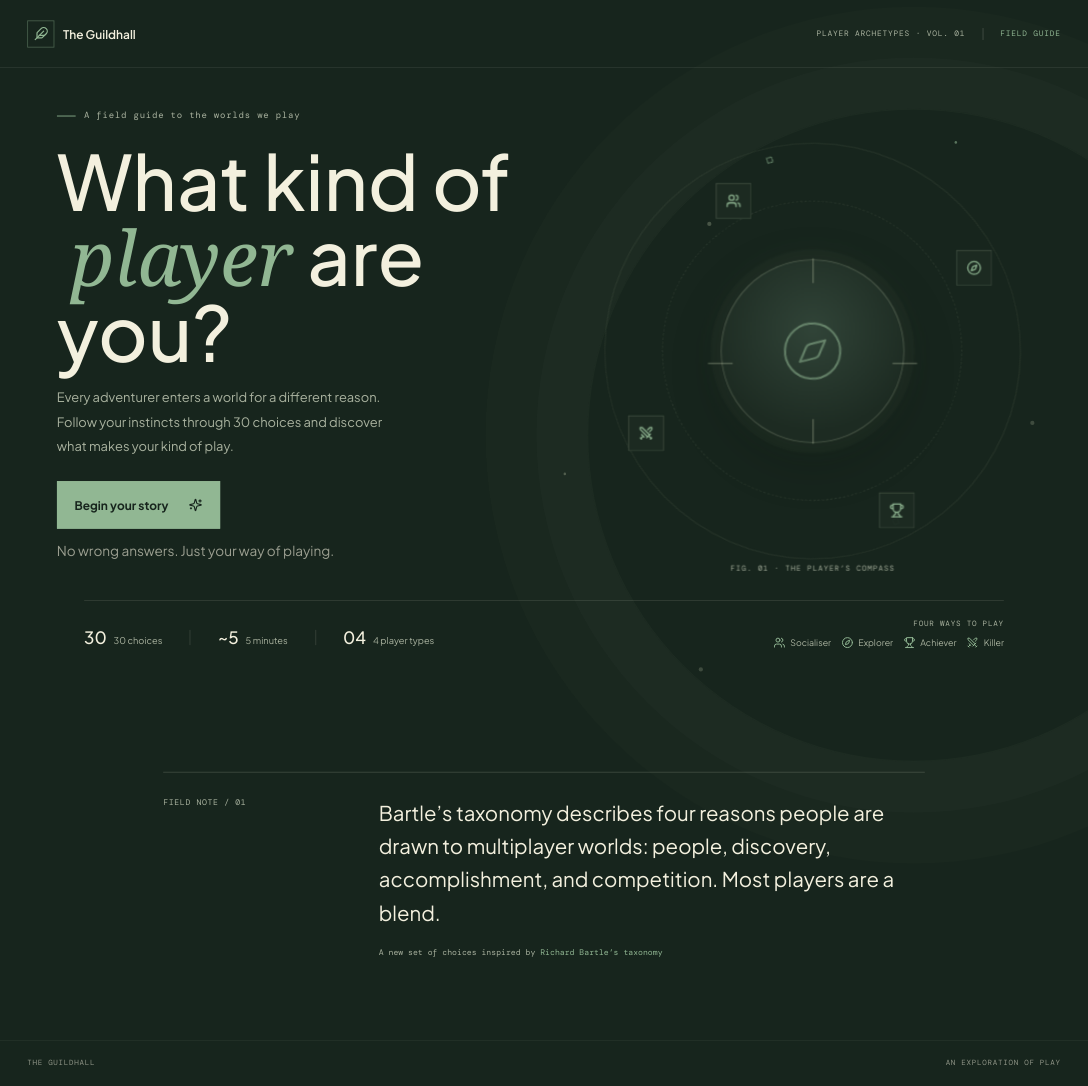
Repository: tiagoturra/bartle
Page: /
The author's editor kept a copy of each file at every save. The page is drawn from the files as they stood at one save, then again after the next save.
The browser window is 1280 px wide. The pictures show the whole page, at 85% of full size.
The project was rebuilt for these pictures with package versions that can differ from the ones it lists, and the page was loaded fresh each time. Also part of the build but not shown: vite.config.ts, src/modules/bartle/components/QuestionCard.module.scss, src/modules/bartle/components/QuestionCard.tsx, src/modules/bartle/components/ResultsPanel.module.scss, src/modules/bartle/components/ResultsPanel.tsx.

Above is the page before, as saved 2026-10-30 22:19:20.

### index.html
<!doctype html>
<html lang="en">
  <head>
    <meta charset="UTF-8" />
    <meta name="viewport" content="width=device-width, initial-scale=1.0" />
    <meta name="theme-color" content="#17251d" />
    <meta
      name="description"
      content="Discover your player type in an atmospheric, story-led Bartle test."
    />
    <link rel="preconnect" href="https://fonts.googleapis.com" />
    <link rel="preconnect" href="https://fonts.gstatic.com" crossorigin />
    <link
      href="https://fonts.googleapis.com/css2?family=DM+Mono:wght@400;500&family=Plus+Jakarta+Sans:wght@400;500;600;700;800&display=swap"
      rel="stylesheet"
    />
    <title>The Guildhall — Bartle Player Type Test</title>
  </head>
  <body>
    <div id="root"></div>
    <script type="module" src="/src/main.tsx"></script>
  </body>
</html>

### src/main.tsx
import './i18n'
import { StrictMode } from 'react'
import { createRoot } from 'react-dom/client'
import { AppRoutes } from './routes'
import './index.css'

const rootElement = document.getElementById('root')

if (!rootElement) {
  throw new Error('The application root element was not found.')
}

createRoot(rootElement).render(
  <StrictMode>
    <AppRoutes />
  </StrictMode>,
)

### src/routes/index.tsx
import { BrowserRouter, Navigate, Route, Routes } from 'react-router-dom'
import { BartlePage } from '../modules/bartle/pages/BartlePage'

export function AppRoutes() {
  return (
    <BrowserRouter>
      <Routes>
        <Route path="/" element={<BartlePage />} />
        <Route path="*" element={<Navigate to="/" replace />} />
      </Routes>
    </BrowserRouter>
  )
}

### src/index.css
@import "tailwindcss";

@theme {
  --color-forest: #17251d;
  --color-panel: #202f25;
  --color-cream: #f3f0de;
  --color-muted: #a9b29f;
  --color-accent: #91b793;
  --font-sans: "Plus Jakarta Sans", sans-serif;
  --font-mono: "DM Mono", monospace;
}

@layer base {
  :root {
    font-synthesis: none;
    text-rendering: optimizeLegibility;
    -webkit-font-smoothing: antialiased;
    -moz-osx-font-smoothing: grayscale;
    font-optical-sizing: auto;
  }

  html {
    min-width: 320px;
    scroll-behavior: smooth;
  }

  body {
    min-width: 320px;
    min-height: 100vh;
    margin: 0;
  }

  button,
  a {
    -webkit-tap-highlight-color: transparent;
  }

  ::selection {
    background: rgb(145 183 147 / 35%);
    color: #f3f0de;
  }
}

@media (prefers-reduced-motion: reduce) {
  *,
  *::before,
  *::after {
    scroll-behavior: auto !important;
    animation-duration: 0.01ms !important;
    animation-iteration-count: 1 !important;
    transition-duration: 0.01ms !important;
  }
}

### src/modules/bartle/pages/BartlePage.tsx
import { Compass, Feather, Sparkles, Swords, Trophy, Users } from 'lucide-react'
import { useEffect, useState } from 'react'
import { useTranslation } from 'react-i18next'
import {
  readSessionStorage,
  removeSessionStorage,
  writeSessionStorage,
} from '../../../core/browser/sessionStorage'
import { QuestionCard } from '../components/QuestionCard'
import { ResultsPanel } from '../components/ResultsPanel'
import testConfigJson from '../data/test.config.json'
import { calculateScores } from '../scoring'
import type { BartleTestConfig, PlayerTypeScore } from '../types'
import styles from './BartlePage.module.scss'

type TestPhase = 'intro' | 'test' | 'results'

const testConfig = testConfigJson as BartleTestConfig
const progressStorageKey = 'guildhall-bartle-progress'
const progressVersion = 1
const iconByType = {
  socialiser: Users,
  explorer: Compass,
  achiever: Trophy,
  killer: Swords,
}

interface SavedProgress {
  version: typeof progressVersion
  phase: 'test' | 'results'
  currentIndex: number
  answers: Record<string, string>
  advanceOnSelection: boolean
}

interface RestoredProgress {
  phase: TestPhase
  currentIndex: number
  answers: Record<string, string>
  advanceOnSelection: boolean
  scores: PlayerTypeScore[] | null
  storageError: boolean
}

function isValidSavedProgress(value: unknown): value is SavedProgress {
  if (!value || typeof value !== 'object') return false

  const progress = value as Partial<SavedProgress>
  if (
    progress.version !== progressVersion ||
    (progress.phase !== 'test' && progress.phase !== 'results') ||
    !Number.isInteger(progress.currentIndex) ||
    (progress.currentIndex ?? -1) < 0 ||
    (progress.currentIndex ?? testConfig.questions.length) >= testConfig.questions.length ||
    typeof progress.advanceOnSelection !== 'boolean' ||
    !progress.answers ||
    typeof progress.answers !== 'object' ||
    Array.isArray(progress.answers)
  ) {
    return false
  }

  const answers = progress.answers as Record<string, unknown>
  for (const [questionId, answerId] of Object.entries(answers)) {
    const question = testConfig.questions.find(({ id }) => id === questionId)
    if (
      !question ||
      typeof answerId !== 'string' ||
      !question.answers.some((answer) => answer.id === answerId)
    ) {
      return false
    }
  }

  const currentQuestion = testConfig.questions[progress.currentIndex!]
  if (
    progress.advanceOnSelection &&
    !currentQuestion.answers.some(
      ({ id }) => id === answers[currentQuestion.id],
    )
  ) {
    return false
  }

  if (progress.phase === 'results') {
    return (
      testConfig.questions.every((question) => answers[question.id]) &&
      !progress.advanceOnSelection
    )
  }

  return true
}

function restoreProgress(): RestoredProgress {
  const emptyProgress: RestoredProgress = {
    phase: 'intro',
    currentIndex: 0,
    answers: {},
    advanceOnSelection: false,
    scores: null,
    storageError: false,
  }
  const stored = readSessionStorage(progressStorageKey)

  if (!stored.ok) {
    console.error(stored.error)
    return { ...emptyProgress, storageError: true }
  }

  if (!stored.value) return emptyProgress

  try {
    const saved: unknown = JSON.parse(stored.value)
    if (!isValidSavedProgress(saved)) {
      return { ...emptyProgress, storageError: true }
    }

    return {
      phase: saved.phase,
      currentIndex: saved.currentIndex,
      answers: saved.answers,
      advanceOnSelection: saved.advanceOnSelection,
      scores:
        saved.phase === 'results'
          ? calculateScores(saved.answers, testConfig)
          : null,
      storageError: false,
    }
  } catch (error) {
    console.error('Unable to restore the saved Bartle test progress.', error)
    return { ...emptyProgress, storageError: true }
  }
}

export function BartlePage() {
  const { t } = useTranslation()
  const [restoredProgress] = useState(restoreProgress)
  const [phase, setPhase] = useState<TestPhase>(restoredProgress.phase)
  const [currentIndex, setCurrentIndex] = useState(restoredProgress.currentIndex)
  const [answers, setAnswers] = useState<Record<string, string>>(restoredProgress.answers)
  const [scores, setScores] = useState<PlayerTypeScore[] | null>(restoredProgress.scores)
  const [advanceOnSelection, setAdvanceOnSelection] = useState(
    restoredProgress.advanceOnSelection,
  )
  const [storageError, setStorageError] = useState(restoredProgress.storageError)
  const currentQuestion = testConfig.questions[currentIndex]

  function startTest() {
    setAnswers({})
    setCurrentIndex(0)
    setScores(null)
    setAdvanceOnSelection(false)
    setPhase('test')
  }

  function resetTest() {
    startTest()
  }

  useEffect(() => {
    if (phase === 'intro') {
      const result = removeSessionStorage(progressStorageKey)
      if (!result.ok) {
        console.error(result.error)
        setStorageError(true)
      }
      return
    }

    const progress: SavedProgress = {
      version: progressVersion,
      phase,
      currentIndex,
      answers,
      advanceOnSelection,
    }
    const result = writeSessionStorage(
      progressStorageKey,
      JSON.stringify(progress),
    )

    if (!result.ok) {
      console.error(result.error)
      setStorageError(true)
    } else {
      setStorageError(false)
    }
  }, [advanceOnSelection, answers, currentIndex, phase])

  useEffect(() => {
    if (phase !== 'test' || !advanceOnSelection) return

    const timeout = window.setTimeout(() => {
      if (currentIndex === testConfig.questions.length - 1) {
        setScores(calculateScores(answers, testConfig))
        setPhase('results')
      } else {
        setCurrentIndex((index) => index + 1)
      }

      setAdvanceOnSelection(false)
    }, 650)

    return () => window.clearTimeout(timeout)
  }, [advanceOnSelection, answers, currentIndex, phase])

  return (
    <main className={`relative min-h-dvh overflow-hidden bg-forest text-cream ${styles.pageBackdrop}`}>
      <div className="pointer-events-none absolute inset-0 z-0 overflow-hidden" aria-hidden="true">
        <span className={`absolute right-[-14%] top-[10%] aspect-square w-[min(60vw,780px)] rounded-full ${styles.ambientOrb}`} />
        <span className={styles.constellation} />
      </div>

      <header className="relative z-10 mx-auto flex min-h-16 w-full max-w-7xl items-center gap-3 border-b border-cream/10 px-4 md:min-h-20 md:gap-5 md:px-8">
        <a
          className="inline-flex cursor-pointer items-center gap-2.5 font-sans text-sm font-semibold text-cream focus-visible:outline-2 focus-visible:outline-offset-4 focus-visible:outline-accent"
          href="/"
          onClick={(event) => {
            event.preventDefault()
            setPhase('intro')
          }}
          aria-label={t('brand')}
        >
          <span className="grid size-8 place-items-center border border-accent/40 text-accent"><Feather size={17} /></span>
          <span>{t('brand')}</span>
        </a>
        <span className="ml-auto hidden font-mono text-[0.58rem] tracking-[0.1em] text-muted md:inline">{t('nav.edition')}</span>
        <span className="hidden h-3.5 w-px bg-cream/20 md:block" />
        <span className="ml-auto font-mono text-[0.53rem] tracking-[0.1em] text-accent md:ml-0 md:text-[0.58rem]">{t('nav.fieldGuide')}</span>
      </header>

      {storageError && (
        <p className="relative z-10 mx-auto my-3 w-[calc(100%-2rem)] max-w-7xl border border-[#e3a18d]/40 bg-[#e3a18d]/10 px-4 py-3 text-sm text-[#e3a18d]" role="alert">
          {t('test.storageError')}
        </p>
      )}

      <div className="relative z-10 mx-auto w-full max-w-7xl px-4 md:px-8">
        {phase === 'intro' && (
          <section className="grid min-h-[calc(100dvh-5rem)] grid-cols-1 items-center gap-4 py-14 md:grid-cols-[1.04fr_0.96fr] md:gap-0 md:py-12">
            <div className={`relative z-10 pb-0 md:pb-10 md:pl-[5.5%] ${styles.heroCopy}`}>
              <p className="mb-0 flex items-center gap-2.5 font-mono text-[0.66rem] tracking-[0.09em] text-muted">
                <span className="h-px w-[22px] bg-accent" />
                {t('intro.eyebrow')}
              </p>
              <h1 className="mb-5 mt-5 max-w-2xl font-sans text-5xl font-medium leading-[0.98] sm:text-6xl lg:mb-5 lg:mt-6 lg:text-7xl xl:text-8xl">
                {t('intro.titleStart')}
                <br />
                <span className="mx-4 font-serif font-normal italic text-accent">{t('intro.titleAccent')}</span>
                {t('intro.titleEnd')}
              </h1>
              <p className="m-0 max-w-[410px] text-[0.95rem] leading-[1.85] text-muted">{t('intro.description')}</p>
              <button className="mt-7 inline-flex min-h-14 cursor-pointer items-center gap-6 border border-accent bg-accent px-5 text-sm font-bold text-forest transition duration-200 hover:-translate-y-0.5 hover:bg-[#a5c5a5] hover:shadow-lg focus-visible:outline-2 focus-visible:outline-offset-4 focus-visible:outline-cream" type="button" onClick={startTest}>
                {t('intro.begin')}
                <span aria-hidden="true"><Sparkles size={16} /></span>
              </button>
              <p className="mb-0 mt-3.5 text-s text-cream/60">{t('intro.footnote')}</p>
            </div>

            <div className={`relative mx-auto grid aspect-square w-[min(82vw,420px)] place-items-center justify-self-center md:w-full md:max-w-[570px] ${styles.heroArt}`} aria-hidden="true">
              <div className={`${styles.orbit} ${styles.orbitOuter}`} />
              <div className={`${styles.orbit} ${styles.orbitInner}`} />
              <div className={styles.artHalo} />
              <div className={styles.artCore}>
                <div className={styles.compassRose}>
                  <span className={styles.roseNorth} />
                  <span className={styles.roseSouth} />
                  <span className={styles.roseEast} />
                  <span className={styles.roseWest} />
                  <Compass size={78} strokeWidth={0.75} />
                </div>
              </div>
              <span className={`${styles.typeMark} ${styles.markSocial}`}><Users size={18} /></span>
              <span className={`${styles.typeMark} ${styles.markExplore}`}><Compass size={18} /></span>
              <span className={`${styles.typeMark} ${styles.markAchieve}`}><Trophy size={18} /></span>
              <span className={`${styles.typeMark} ${styles.markKiller}`}><Swords size={18} /></span>
              <span className="absolute bottom-[3%] font-mono text-[0.5rem] tracking-[0.12em] text-muted md:bottom-[4%] md:text-[0.56rem]">{t('intro.artCaption')}</span>
            </div>

            <div className="col-span-full mx-0 mt-2 grid grid-cols-1 items-end gap-6 border-t border-cream/10 pt-5 md:mx-[5.5%] md:grid-cols-[1fr_auto] md:gap-5">
              <div className="flex items-center justify-between gap-4 md:justify-start md:gap-8">
                <div className="flex flex-col items-start gap-0 md:flex-row md:items-baseline md:gap-2"><strong className="font-sans text-xl font-medium text-cream">30</strong><span className="text-[0.68rem] text-muted">{t('intro.stats.choices')}</span></div>
                <span className="h-[18px] w-px bg-cream/15" />
                <div className="flex flex-col items-start gap-0 md:flex-row md:items-baseline md:gap-2"><strong className="font-sans text-xl font-medium text-cream">~5</strong><span className="text-[0.68rem] text-muted">{t('intro.stats.time')}</span></div>
                <span className="h-[18px] w-px bg-cream/15" />
                <div className="flex flex-col items-start gap-0 md:flex-row md:items-baseline md:gap-2"><strong className="font-sans text-xl font-medium text-cream">04</strong><span className="text-[0.68rem] text-muted">{t('intro.stats.types')}</span></div>
              </div>
              <div className="flex flex-wrap items-center justify-start gap-x-3 gap-y-2 md:max-w-[330px] md:justify-end">
                <span className="w-full font-mono text-[0.56rem] tracking-[0.1em] text-muted md:text-right">{t('intro.typesLabel')}</span>
                {testConfig.categories.map(({ id }) => {
                  const Icon = iconByType[id]

                  return (
                    <span className="inline-flex items-center gap-1.5 text-[0.65rem] text-muted" key={id}>
                      <Icon className="text-accent" size={14} aria-hidden="true" />
                      {t(`types.${id}.name`)}
                    </span>
                  )
                })}
              </div>
              <a className="hidden cursor-pointer items-center gap-3 font-mono text-[0.55rem] tracking-[0.1em] text-muted no-underline max-md:inline-flex" href="#about">
                {t('intro.scroll')}
                <span className="h-px w-[34px] bg-accent" />
              </a>
            </div>
          </section>
        )}

        {phase === 'test' && currentQuestion && (
          <div className="flex min-h-[calc(100dvh-5rem)] items-center justify-center py-9 md:py-[70px]">
            <QuestionCard
              key={currentQuestion.id}
              question={currentQuestion}
              questionIndex={currentIndex}
              questionCount={testConfig.questions.length}
              selectedAnswer={answers[currentQuestion.id]}
              isAdvancing={advanceOnSelection}
              isFirst={currentIndex === 0}
              onReset={resetTest}
              onSelect={(answerId) => {
                setAnswers((previous) => ({
                  ...previous,
                  [currentQuestion.id]: answerId,
                }))
                setAdvanceOnSelection(true)
              }}
              onPrevious={() => {
                setAdvanceOnSelection(false)
                setCurrentIndex((index) => Math.max(0, index - 1))
              }}
            />
          </div>
        )}

        {phase === 'results' && scores && (
          <div className="flex min-h-[calc(100dvh-5rem)] items-center justify-center py-9 md:py-[70px]">
            <ResultsPanel scores={scores} onRestart={startTest} />
          </div>
        )}
      </div>

      {phase === 'intro' && (
        <section className="mx-auto my-12 grid w-[calc(100%-2rem)] max-w-4xl grid-cols-1 gap-4 border-t border-cream/15 pt-7 md:my-24 md:grid-cols-[minmax(100px,0.32fr)_1fr] md:gap-x-12 md:gap-y-5" id="about">
          <span className="font-mono text-[0.6rem] tracking-[0.08em] text-muted">{t('about.index')}</span>
          <p className="m-0 max-w-2xl font-sans text-xl leading-relaxed text-cream md:text-2xl">{t('about.description')}</p>
          <span className="font-mono text-[0.6rem] text-muted md:col-start-2">
            {t('about.source')}{' '}
            <a className="cursor-pointer text-accent underline-offset-4 hover:text-cream" href="http://mud.co.uk/richard/hcds.htm" target="_blank" rel="noreferrer">
              {t('about.sourceLink')}
            </a>
          </span>
        </section>
      )}

      <footer className="relative z-10 mx-auto flex w-full max-w-7xl justify-between border-t border-cream/10 px-4 py-5 font-mono text-[0.55rem] tracking-[0.1em] text-cream/55 md:px-8">
        <span>{t('footer.brand')}</span>
        <span>{t('footer.tagline')}</span>
      </footer>
    </main>
  )
}

### src/core/browser/sessionStorage.ts
export type SessionStorageResult =
  | { ok: true; value: string | null }
  | { ok: false; error: Error }

export type SessionStorageWriteResult =
  | { ok: true }
  | { ok: false; error: Error }

export function readSessionStorage(key: string): SessionStorageResult {
  if (typeof window === 'undefined') {
    return { ok: true, value: null }
  }

  try {
    return { ok: true, value: window.sessionStorage.getItem(key) }
  } catch (error) {
    return {
      ok: false,
      error: new Error('Unable to read session storage.', { cause: error }),
    }
  }
}

export function writeSessionStorage(
  key: string,
  value: string,
): SessionStorageWriteResult {
  if (typeof window === 'undefined') {
    return { ok: true }
  }

  try {
    window.sessionStorage.setItem(key, value)
    return { ok: true }
  } catch (error) {
    return {
      ok: false,
      error: new Error('Unable to save session storage.', { cause: error }),
    }
  }
}

export function removeSessionStorage(key: string): SessionStorageWriteResult {
  if (typeof window === 'undefined') {
    return { ok: true }
  }

  try {
    window.sessionStorage.removeItem(key)
    return { ok: true }
  } catch (error) {
    return {
      ok: false,
      error: new Error('Unable to clear session storage.', { cause: error }),
    }
  }
}

### src/modules/bartle/scoring.ts
import type {
  BartleTestConfig,
  PlayerTypeId,
  PlayerTypeScore,
} from './types'

export function calculateScores(
  answers: Record<string, string>,
  config: BartleTestConfig,
): PlayerTypeScore[] {
  const points = Object.fromEntries(
    config.categories.map(({ id }) => [id, 0]),
  ) as Record<PlayerTypeId, number>

  for (const question of config.questions) {
    const answerId = answers[question.id]
    const answer = question.answers.find(({ id }) => id === answerId)

    if (!answer) {
      throw new Error(`A valid answer is required for question "${question.id}".`)
    }

    for (const [category, score] of Object.entries(answer.scores)) {
      if (!(category in points) || typeof score !== 'number' || score < 0) {
        throw new Error(`Invalid scoring rule on question "${question.id}".`)
      }

      points[category as PlayerTypeId] += score
    }
  }

  const totalPoints = Object.values(points).reduce((sum, score) => sum + score, 0)

  if (totalPoints === 0) {
    throw new Error('The test configuration must award at least one point.')
  }

  return config.categories
    .map(({ id }) => ({
      id,
      points: points[id],
      percentage: (points[id] / totalPoints) * 100,
    }))
    .sort((first, second) => second.points - first.points)
}

Loaded but not shown: src/modules/bartle/data/test.config.json (271 lines, source omitted); src/i18n/locales/de-DE/questions.json (32 lines, source omitted); src/i18n/locales/en-US/questions.json (212 lines, source omitted); src/i18n/locales/fr-FR/questions.json (32 lines, source omitted); src/i18n/locales/pt-BR/questions.json (32 lines, source omitted); src/i18n/locales/fr-FR/common.json (86 lines, source omitted); src/i18n/locales/de-DE/common.json (86 lines, source omitted); src/i18n/locales/pt-BR/common.json (86 lines, source omitted); src/i18n/locales/en-US/common.json (86 lines, source omitted); src/i18n/locales/pt-BR/bartle.json (6 lines, source omitted); src/i18n/locales/fr-FR/bartle.json (6 lines, source omitted); src/i18n/locales/de-DE/bartle.json (6 lines, source omitted); src/i18n/locales/en-US/bartle.json (6 lines, source omitted); src/modules/bartle/pages/BartlePage.module.scss (729 lines, source omitted); src/i18n/index.ts (53 lines, source omitted)

After the next save:
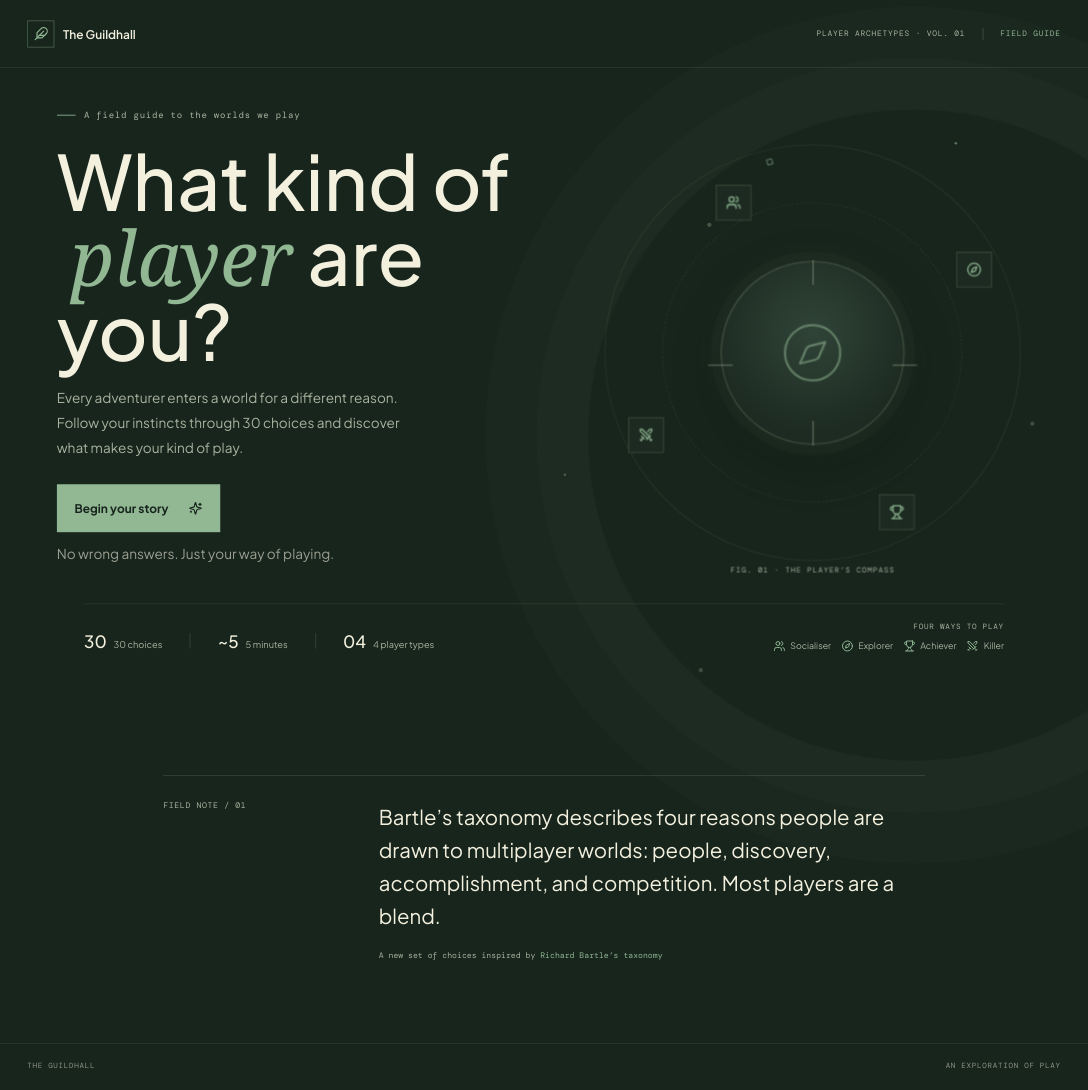
Saved 18 s later.
--- a/src/modules/bartle/pages/BartlePage.tsx
+++ b/src/modules/bartle/pages/BartlePage.tsx
@@ -250,7 +250,7 @@ export function BartlePage() {
                 <span className="mx-4 font-serif font-normal italic text-accent">{t('intro.titleAccent')}</span>
                 {t('intro.titleEnd')}
               </h1>
-              <p className="m-0 max-w-[410px] text-[0.95rem] leading-[1.85] text-muted">{t('intro.description')}</p>
+              <p className="m-0 max-w-[410px] leading-[1.85] text-muted">{t('intro.description')}</p>
               <button className="mt-7 inline-flex min-h-14 cursor-pointer items-center gap-6 border border-accent bg-accent px-5 text-sm font-bold text-forest transition duration-200 hover:-translate-y-0.5 hover:bg-[#a5c5a5] hover:shadow-lg focus-visible:outline-2 focus-visible:outline-offset-4 focus-visible:outline-cream" type="button" onClick={startTest}>
                 {t('intro.begin')}
                 <span aria-hidden="true"><Sparkles size={16} /></span>
